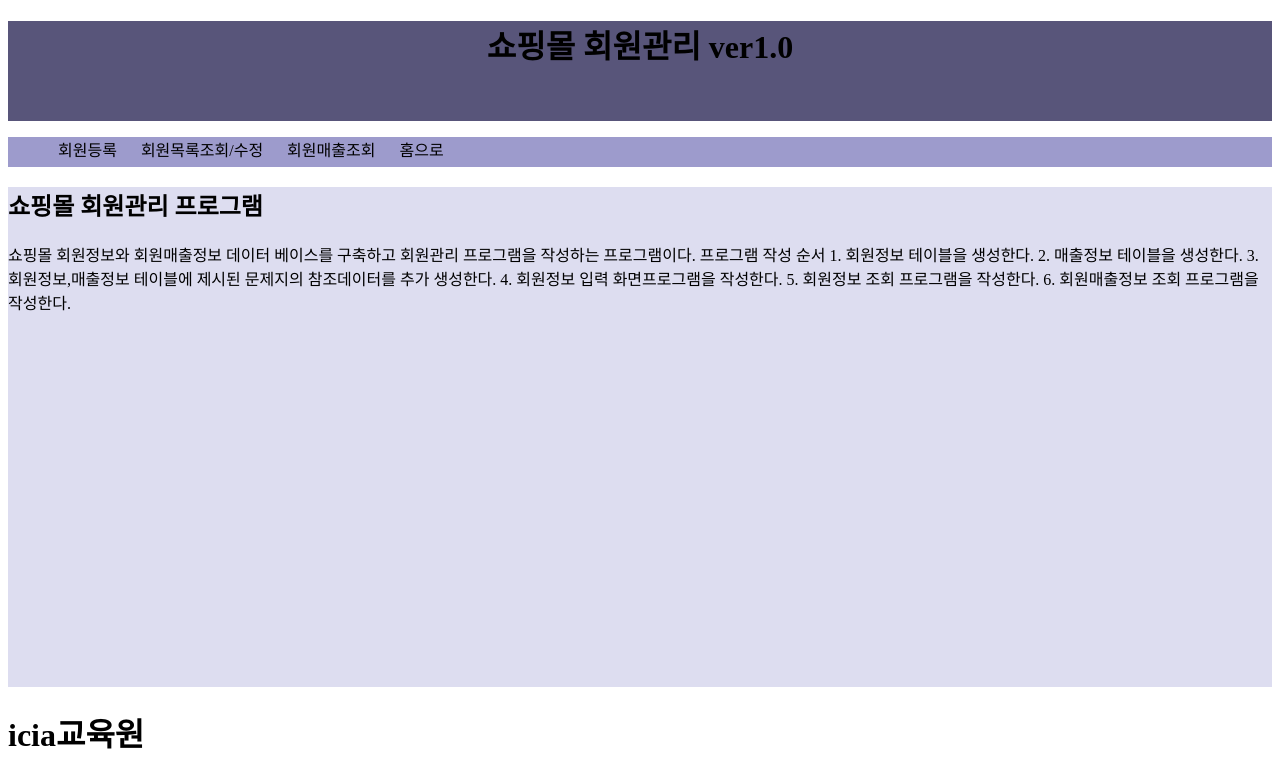
Repository: Kim-seongjun/javastudy2
Page: http://localhost/back_end_test/
These files come from the project's save history. The page is drawn as it stood at one moment and after the next save; the edit follows.
The browser window is 1280 px wide. The pictures show the whole page.
The page is served by Tomcat 9.

Above is the page before, as saved 2020-01-22 01:31:37.

After the next save:
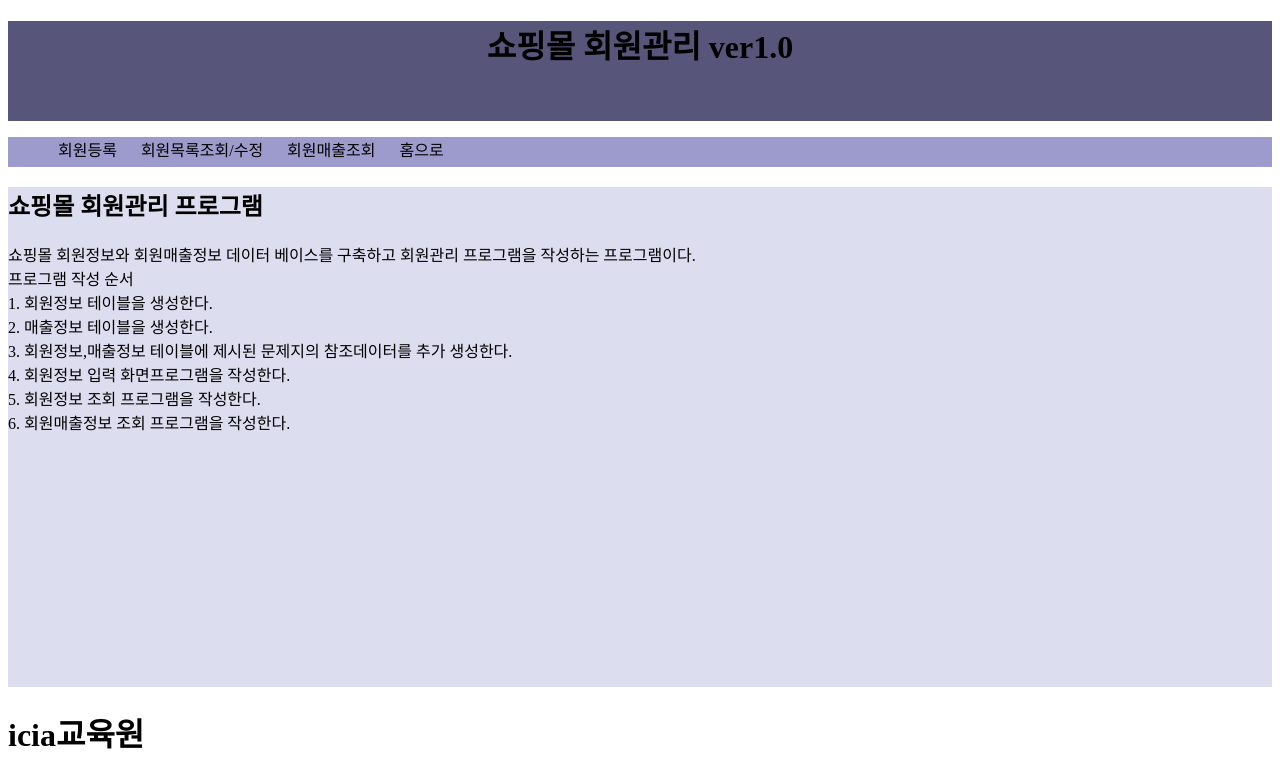
Saved 24 s later.
--- a/back_end_test/WebContent/menu.jsp
+++ b/back_end_test/WebContent/menu.jsp
@@ -8,13 +8,13 @@
 </head>
 <body>
 <h1>쇼핑몰 회원관리 프로그램</h1>
-쇼핑몰 회원정보와 회원매출정보 데이터 베이스를 구축하고 회원관리 프로그램을 작성하는 프로그램이다.
-프로그램 작성 순서
-1. 회원정보 테이블을 생성한다.
-2. 매출정보 테이블을 생성한다.
-3. 회원정보,매출정보 테이블에 제시된 문제지의 참조데이터를 추가 생성한다.
-4. 회원정보 입력 화면프로그램을 작성한다.
-5. 회원정보 조회 프로그램을 작성한다.
-6. 회원매출정보 조회 프로그램을 작성한다.
+쇼핑몰 회원정보와 회원매출정보 데이터 베이스를 구축하고 회원관리 프로그램을 작성하는 프로그램이다.<br>
+프로그램 작성 순서<br>
+1. 회원정보 테이블을 생성한다.<br>
+2. 매출정보 테이블을 생성한다.<br>
+3. 회원정보,매출정보 테이블에 제시된 문제지의 참조데이터를 추가 생성한다.<br>
+4. 회원정보 입력 화면프로그램을 작성한다.<br>
+5. 회원정보 조회 프로그램을 작성한다.<br>
+6. 회원매출정보 조회 프로그램을 작성한다.<br>
 </body>
 </html>
